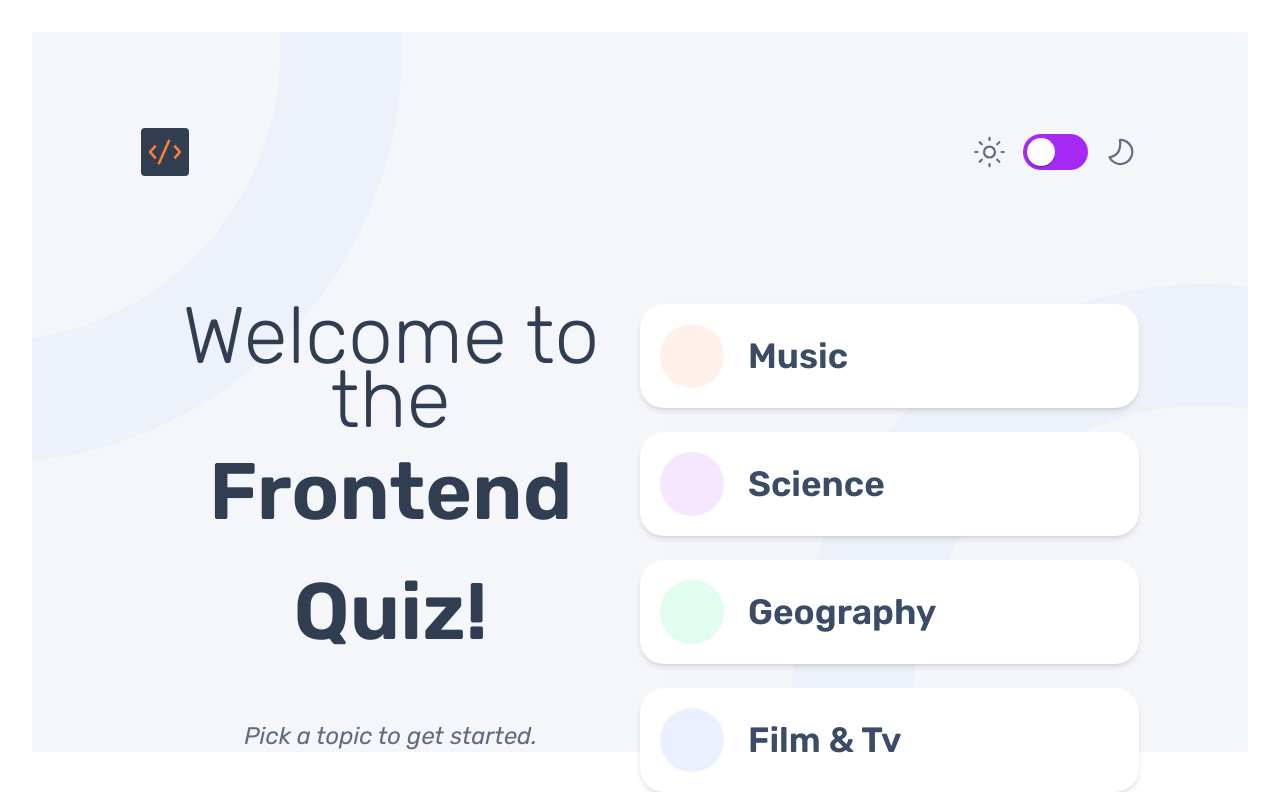
Repository: Shenixo/QuizApp
Page: /
These files come from the project's save history. The page is drawn as it stood at one moment and after the next save; the edit follows.
The browser window is 1280 px wide. The pictures show the whole page.
The page's requests for data from a server got no answer. The project was rebuilt for these pictures with package versions that can differ from the ones it lists, and the page was loaded fresh each time. No one was signed in, and anything a server would have sent is missing. Also part of the build but not shown: vite.config.js.

Above is the page before, as saved 2025-03-31 15:33:01.

After the next save:
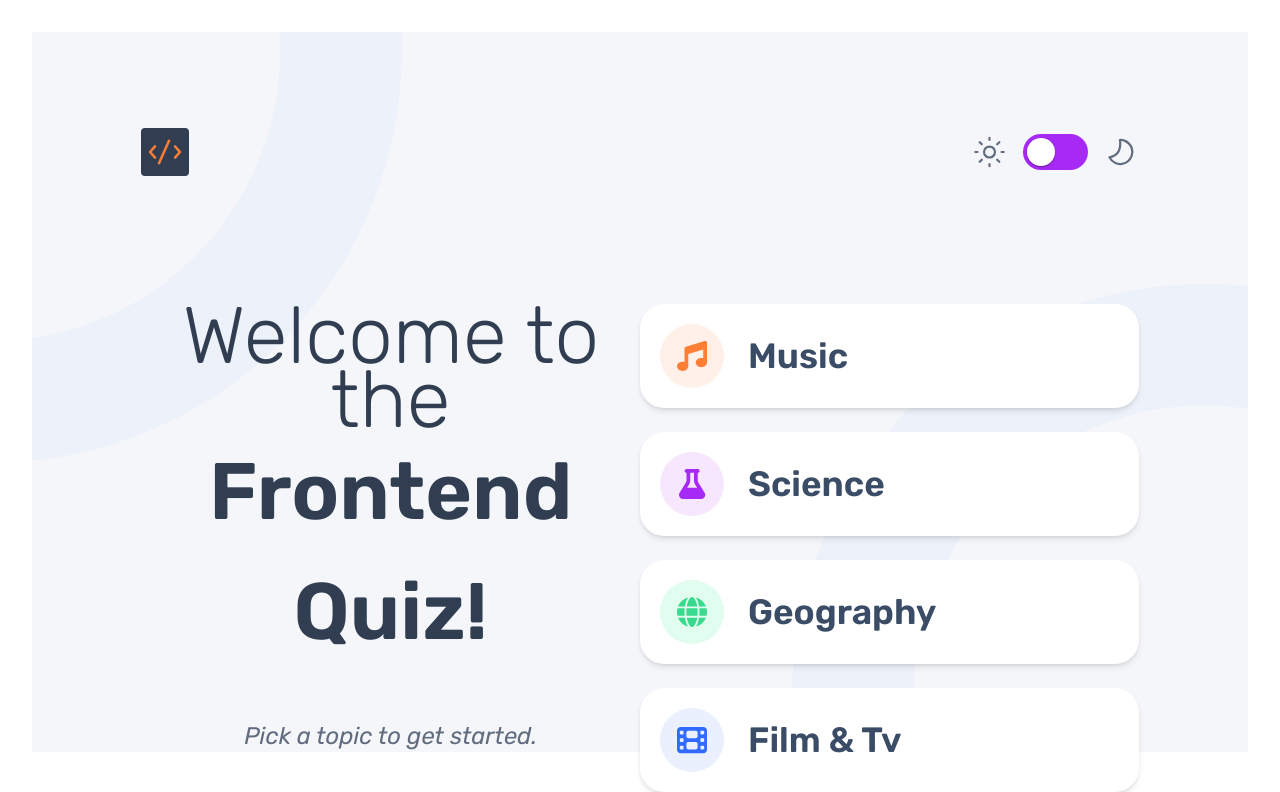
Saved 49 s later.
--- a/src/Components/Option/Option.jsx
+++ b/src/Components/Option/Option.jsx
@@ -56,7 +56,7 @@ const Option = () => {
             className={`w-16 h-16 flex items-center justify-center rounded-full ${boxColor}`}
           >
             <FontAwesomeIcon
-              icon={` fa-light ${icon} `}
+              icon={icon}
               className={`text-3xl ${color}`}
               style={{ strokeWidth: "0.1px" }}
             />
